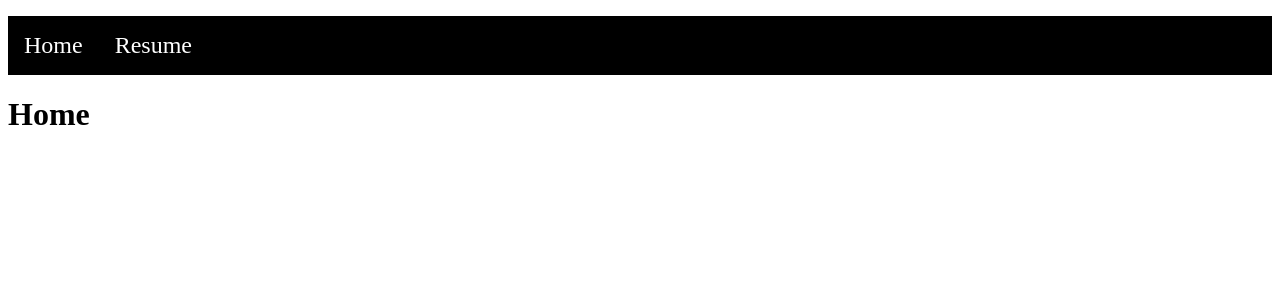
Repository: jakemj/jakemj.github.io
Page: index.html
The author's editor kept a record of every edit. The page is drawn from the files as they stood at one moment, then again after the next edit.
The browser window is 1280 px wide. The pictures show the whole page.

Above is the page before.

After the next edit:
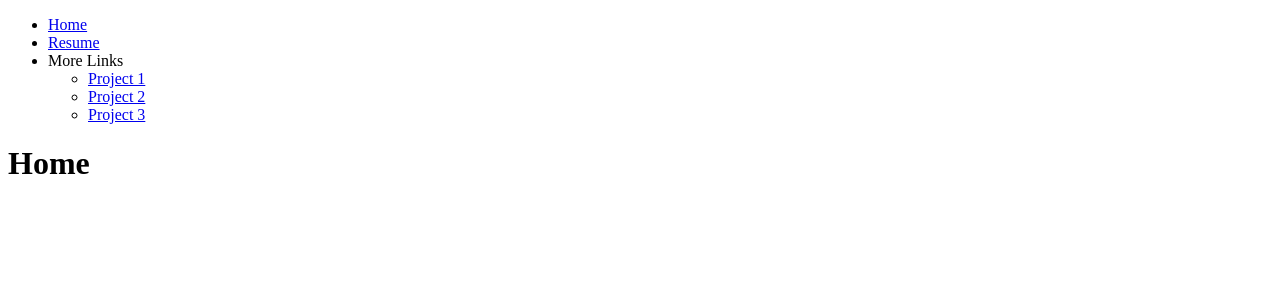
The edit:
--- a/index.html
+++ b/index.html
@@ -4,44 +4,7 @@
     <title>Home</title>
     <style>
 
-        .navbar{
-            list-style: none;
-            background-color: black;
-            overflow: hidden;
-            padding: 0;
-        }
 
-        .navbar a, dropdown div{
-            text-decoration: none;
-            color: white;
-            font-size: 24px;
-            padding: 16px;
-            display:inline-block;
-        }
-        .navbar li{
-            float: left;
-        }
-
-        .navbar li:hover{
-            background-color: pink;
-        }
-
-        .dropdown-content{
-            list-style: none;
-            padding: 0;
-            display: none;
-            position: absolute;
-            z-index: 1;
-            background-color: black;
-        }
-
-        .dropdown-content li{
-            float: none;
-        }
-
-        .dropdown:hover .dropdown-content{
-            display: block;
-        }
     </style>
     </head>
     <body>
